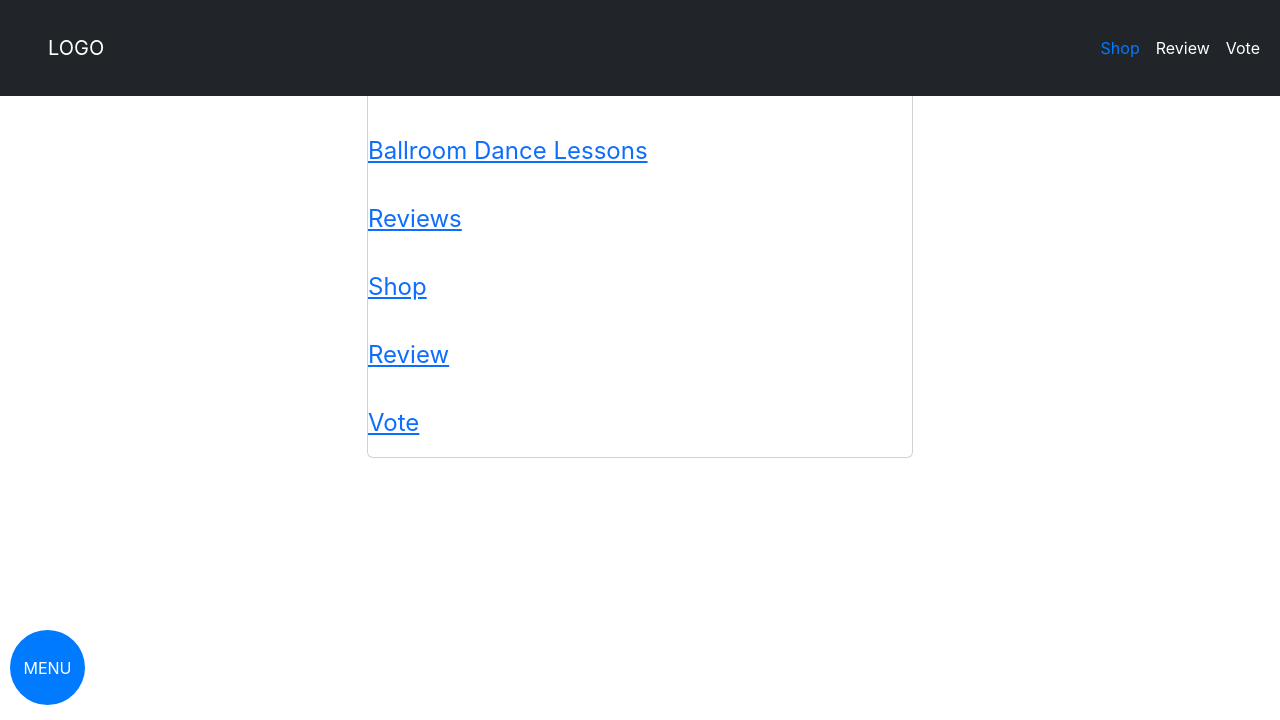
Repository: DragonFruit8/basic-website
Page: /shop
These files come from the project's save history. The page is drawn as it stood at one moment and after a run of saves; the edit follows.
The browser window is 1280 px wide. The pictures show the whole page.
The project was rebuilt for these pictures with package versions that can differ from the ones it lists, and the page was loaded fresh each time. Also part of the build but not shown: src/sections/MissionSec.js, src/sections/AboutSec.js, src/sections/ServiceSec.js, src/Img/LunaLogo.js, src/sections/SupportSec.js, src/sections/HeroSec.js, src/pages/HomePage.js.

Above is the page before, as saved 2024-06-23 08:59:22.

### public/index.html
<!DOCTYPE html>
<html lang="en">
  <head>
    <meta charset="utf-8" />
    <link rel="icon" href="%PUBLIC_URL%/favicon.ico" />
    <meta name="viewport" content="width=device-width, initial-scale=1" />
    <meta name="theme-color" content="#000000" />
    <meta
      name="description"
      content="Web site created using create-react-app"
    />
    <link rel="apple-touch-icon" href="%PUBLIC_URL%/logo192.png" />
    <!--
      manifest.json provides metadata used when your web app is installed on a
      user's mobile device or desktop. See https://developers.google.com/web/fundamentals/web-app-manifest/
    -->
    <link rel="manifest" href="%PUBLIC_URL%/manifest.json" />
    <link href="https://cdn.jsdelivr.net/npm/bootstrap@5.3.3/dist/css/bootstrap.min.css" rel="stylesheet" integrity="sha384-QWTKZyjpPEjISv5WaRU9OFeRpok6YctnYmDr5pNlyT2bRjXh0JMhjY6hW+ALEwIH" crossorigin="anonymous">
    <!--
      Notice the use of %PUBLIC_URL% in the tags above.
      It will be replaced with the URL of the `public` folder during the build.
      Only files inside the `public` folder can be referenced from the HTML.

      Unlike "/favicon.ico" or "favicon.ico", "%PUBLIC_URL%/favicon.ico" will
      work correctly both with client-side routing and a non-root public URL.
      Learn how to configure a non-root public URL by running `npm run build`.
    -->
    <title>React App</title>
  </head>
  <body>
    <noscript>You need to enable JavaScript to run this app.</noscript>
    <div id="root"></div>
    <!--
      This HTML file is a template.
      If you open it directly in the browser, you will see an empty page.

      You can add webfonts, meta tags, or analytics to this file.
      The build step will place the bundled scripts into the <body> tag.

      To begin the development, run `npm start` or `yarn start`.
      To create a production bundle, use `npm run build` or `yarn build`.
    -->
    <script src="https://cdn.jsdelivr.net/npm/@popperjs/core@2.11.8/dist/umd/popper.min.js" integrity="sha384-I7E8VVD/ismYTF4hNIPjVp/Zjvgyol6VFvRkX/vR+Vc4jQkC+hVqc2pM8ODewa9r" crossorigin="anonymous"></script>
<script src="https://cdn.jsdelivr.net/npm/bootstrap@5.3.3/dist/js/bootstrap.min.js" integrity="sha384-0pUGZvbkm6XF6gxjEnlmuGrJXVbNuzT9qBBavbLwCsOGabYfZo0T0to5eqruptLy" crossorigin="anonymous"></script>
  </body>
</html>

### src/App.js
import React from 'react';
import { BrowserRouter as Router, Routes, Route } from 'react-router-dom';
import './App.css';
import Navbar from './components/Navbar';
import Sidebar from './components/Sidebar';
import HomePage from './pages/HomePage';
import ShopPage from './pages/ShopPage';

function App() {

  return (
    <>
      <Router>
        <Navbar />
        <Sidebar />
        <Routes>
          <Route path="/" element={<HomePage />} />
          <Route path="/shop" element={<ShopPage />} />
        </Routes>
   </Router>
    </>
  );
}

export default App;

### src/App.css
.App {
  text-align: center;
  z-index: -10;
}

.App-logo {
  height: 40vmin;
  pointer-events: none;
  z-index: 0;
}

@media (prefers-reduced-motion: no-preference) {
  .App-logo {
    animation: App-logo-spin infinite 20s linear;
  }
}

.App-header {
  background-color: #282c34;
  min-height: 100vh;
  display: flex;
  flex-direction: column;
  align-items: center;
  justify-content: center;
  font-size: calc(10px + 2vmin);
  color: white;
}

.App-link {
  color: #61dafb;
}
#sidebar {
  display: flex;
  flex-direction: column;
  background-color: transparent !important;
  height: 100%;
  width: 100px;
  position: fixed;
  top: 55px;
  left: 0;
  z-index: 1;
  overflow-x: hidden;
  padding-top: 20px;
  z-index: 10;
  /* rounded corners*/
  border-radius: 100px;

}

#offcanvasNavbar{
  position: fixed;
  margin-top: 55px;
}

#sidebarButton {
  position: absolute;
  bottom: 100px;
  left: 0px;
  width: 75px;
  height: 75px;
  border: none;
  color: white;
  padding: 10px 10px;
  text-align: center;
  text-decoration: none;
  display: inline-block;
  font-size: 16px;
  margin: auto auto -30px 10px;
  cursor: pointer;
  z-index: 100;
  border-radius: 100%;
  background-color: #007bff;
}

#closeButton, .btn-close {
  color: white !important;
  margin-left: 15px;
}
#aboutSec {
  height: 75vh;
}
.offcanvas-body {
 padding: 0 100px 0 100px;
}
#luna {
  position: relative;
  background-size: cover;
  background-repeat: no-repeat;
  background-position: center;
  height: auto;
  width: 250px;
  margin: 0 auto;
}

/* HomePage Hero */
.hero {
  height: 100vh;
  width: 100%;
  display: flex;
  align-items: center;
  color: white !important;
  text-align: center;
  font-size: 2rem;
  font-weight: 700;
  background: url('https://unsplash.com/photos/photo-of-outer-space-Q1p7bh3SHj8');
  background-size: cover;
  background-repeat: no-repeat;
  background-position: center;
  background-color: rgba(0, 0, 0, 0.8);

}
.hero-content
.dropdown-item {
  width: 100%;
  margin: 0 auto;
  color: white;
  background-color: #007bff;
}
.dropdown-item:hover {
  background-color: #0056b3;
  color: white;
}


a.nav-link, a.nav-item {
  color: white !important;
}
a.nav-link, a.nav-item {
 padding: 20px 0 20px 0;
}

a.nav-link:hover, a.nav-item:hover {
  color: #ffd000 !important;
}
a.active {
  color: #007bff !important;
}

@keyframes App-logo-spin {
  from {
    transform: rotate(0deg);
  }
  to {
    transform: rotate(360deg);
  }
}

### src/components/Navbar.js
import React from 'react';
import data from '../../src/data';
// import axio from '../Instance';
// import Button from 'react-bootstrap/Button';
// import Modal from 'react-bootstrap/Modal';


const Navbar = () => {

    // const [email, setEmail] = useState('');
    // const [comment, setComment] = useState('');
    // const [show, setShow] = useState(false);

    // const handleClose = () => setShow(false);
    // const handleShow = () => setShow(true);

    // const clearForm = () => {
    //     setEmail('');
    //     setComment('');
    // };



    // const handleSubmit = (event) => {
    //     event.preventDefault();

    //     axio.post('/comments', {
    //         email,
    //         comment
    //     })
    //         .then(() => {
    //             console.log('Review submitted');
    //         })
    //         .catch((error) => {
    //             console.log(error);
    //         });
    //     clearForm();
    // };

    const path = window.location.pathname;
    return (
        <>
            {/* navbar navbar-expand-lg bg-body-tertiary navbar-dark bg-dark */}
            <nav className="navbar navbar-dark navbar-expand-lg bg-dark fixed-top">
                <div className="container-fluid ps-5">
                    <a className="navbar-brand" href="/">LOGO</a>
                    <button className="navbar-toggler" type="button" data-bs-toggle="collapse" data-bs-target="#navbarNav" aria-controls="navbarNav" aria-expanded="false" aria-label="Toggle navigation">
                        <span className="navbar-toggler-icon"></span>
                    </button>
                    <div className="collapse navbar-collapse" id="navbarNav">
                        <ul className="navbar-nav my-2 ms-auto me-0">
                            <li className="nav-item">
                                <a className={`nav-link ${path === `/${data.link1.b}` ? 'active' : ''}`} aria-current="page" href={`/${data.link1.b}`}>{data.link1.a}</a>
                            </li>
                            <li className="nav-item">
                                <a className={`nav-link ${path === `/${data.link2.b}` ? 'active' : ''}`} aria-current="page" href={`/${data.link2.b}`}>{data.link2.a}</a>
                            </li>
                            <li className="nav-item">
                                <a className={`nav-link ${path === `/${data.link3.b}` ? 'active' : ''}`} aria-current="page" href={`/${data.link3.b}`}>{data.link3.a}</a>
                            </li>
                        </ul>
                        {/* <span id='reviewModal' className="d-flex">
                                <Button variant="primary" onClick={handleShow}>Write a Review</Button>
                            </span> */}
                    </div>
                </div>
            </nav>
            {/* <Modal show={show} onHide={handleClose}>
                <Modal.Header closeButton>
                    <Modal.Title>Modal heading</Modal.Title>
                </Modal.Header>
                <Modal.Body>
                    <div
                        className="modal show"
                        style={{ display: 'block', position: 'initial' }}
                    >
                        <form // onSubmit={handleSubmit}
                        >
                            <div className="form-group">
                                <label htmlFor="email"
                                    className='form-label fs-5'
                                >Email</label>
                                <input
                                    type="email"
                                    id="email"
                                    value={email}
                                    onChange={(event) => setEmail(event.target.value)}
                                    required
                                    className='form-control'
                                />
                            </div>
                            <div className="form-group">
                                <label htmlFor="comment"
                                    className='form-label fs-5'
                                >Comment</label>
                                <textarea
                                    id="comment"
                                    value={comment}
                                    onChange={(event) => setComment(event.target.value)}
                                    required
                                    className='form-control'
                                />
                            </div>
                            <Button type="submit">Submit</Button>
                        </form>
                    </div>
                </Modal.Body>
                <Modal.Footer>
                    <Button variant="secondary" onClick={handleClose}>
                        Close
                    </Button>
                </Modal.Footer>
            </Modal> */}
        </>
    );
}

export default Navbar;

### src/components/Sidebar.js
import React from 'react'

export const canvasButton = () => {
    return (
        <button id='sidebarButton' className="btn btn-primary" type="button" data-bs-toggle="offcanvas" data-bs-target="#offcanvasNavbar" aria-controls="offcanvasNavbar">
        MENU
        </button>
    )
    }
export default function Sidebar() {

    return (
        <div>
            <sidebar id="sidebar" className="navbar bg-body-tertiary fixed-top">
                <div className="container-fluid">
                    <div className="offcanvas offcanvas-start bg-dark" tabindex="-1" id="offcanvasNavbar" aria-labelledby="offcanvasNavbarLabel">

                        <div className="offcanvas-body">
                            <ul className="navbar-nav justify-content-end flex-grow-1 pe-3">
                                <li className="nav-item">
                                    <a className="nav-link active" aria-current="page" href="/">Home</a>
                                </li>
                                <li className="nav-item">
                                    <a className="nav-link" href="/">Link</a>
                                </li>
                                <li className="nav-item dropdown">
                                    <a className="nav-link dropdown-toggle" href="/" role="button" data-bs-toggle="dropdown" aria-expanded="false">
                                        Dropdown
                                    </a>
                                    <ul className="dropdown-menu">
                                        <li><a className="dropdown-item" href="/">Action</a></li>
                                        <li><a className="dropdown-item" href="/">Another action</a></li>
                                        <li>
                                            <hr className="dropdown-divider" />
                                        </li>
                                        <li><a className="dropdown-item" href="/">Something else here</a></li>
                                    </ul>
                                </li>
                            </ul>
                            {/* <form className="d-flex mt-3" role="search">
                                <input className="form-control me-2" type="search" placeholder="Search" aria-label="Search" />
                                <button className="btn btn-outline-success" type="submit">Search</button>
                            </form> */}
                        </div>
                    <div className="offcanvas-footer d-flex justify-content-start mb-5 ms-3">
                        {/* <h5 className="offcanvas-title" id="offcanvasNavbarLabel"></h5> */}
                        <button id='close' type="button" className="btn-close" data-bs-dismiss="offcanvas" aria-label="Close"></button>
                    </div>
                    </div>
                </div>
                {
                    canvasButton()
                }
            </sidebar>


        </div>
    )
}

### src/pages/ShopPage.js
import React from 'react';
import data from '../../src/data';

const ShopPage = () => {
    return (
        <div className='mt-5 relative'>
            <div className="container">
                <div className="row justify-content-center">
                    <div className="col-lg-6">
                        <ul className='card list-unstyled'>
                            {
                                Object.keys(data).map((key, index) => {
                                    return (
                                        <li key={index} className='list-unstyled mt-3 mb-3' style={{ fontSize: '1.5rem' }}>
                                            <a href={`/${data[key].b}`}>{data[key].a}</a>
                                        </li>
                                    );
                                })
                            }
                        </ul>
                    </div>
                    </div>
                </div>
        </div>
    );
};

export default ShopPage;

### src/data.js
const data = {
    thcProductsLink: { a: 'THC Products', b: 'thc-products' },
    ballroomDanceLessonsLink: { a: 'Ballroom Dance Lessons', b: 'ballroom-dance-lessons' },
    reviewsLink: { a: 'Reviews', b: 'reviews' },
    link1: { a: 'Shop', b: 'shop' },
    link2: { a: 'Review', b: 'review' },
    link3: { a: 'Vote', b: 'vote' }
};

export default data;

Loaded but not shown: src/index.js (common file); src/index.css (common file); src/reportWebVitals.js (common file)

After the next 2 saves:
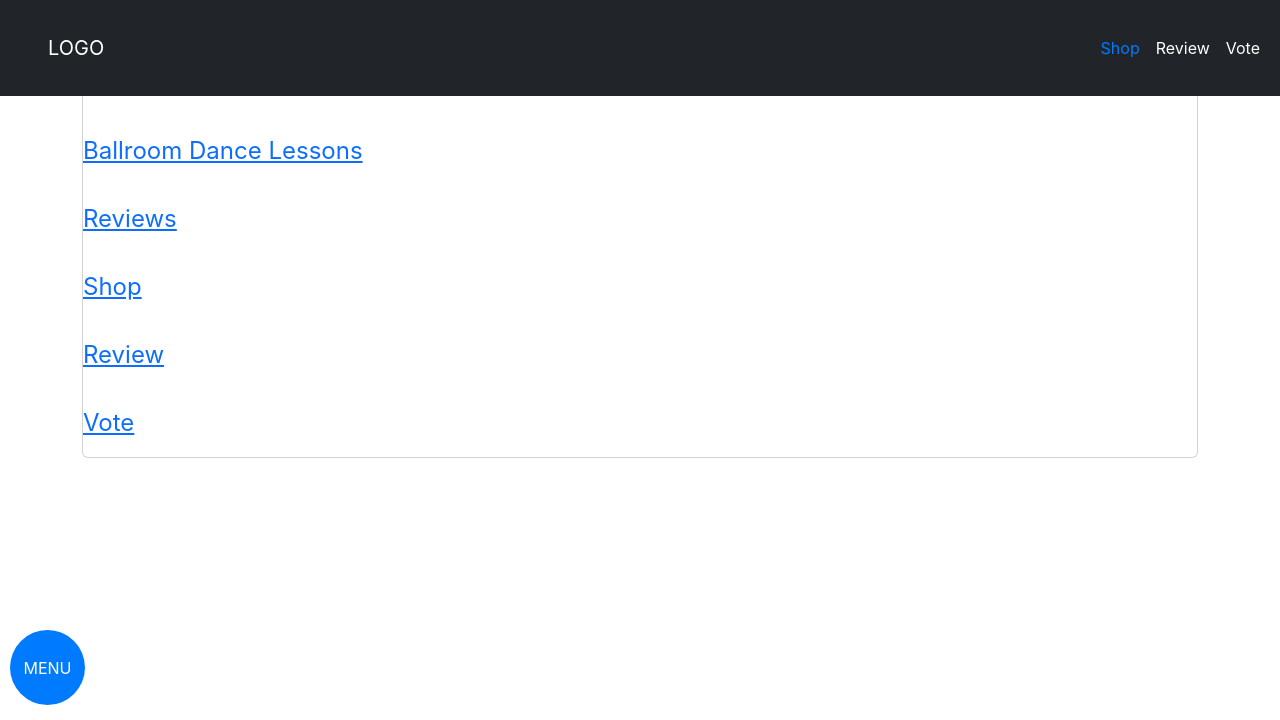
The 2 saves are shown as one change because they came seconds apart.
The last was saved 12 s later.
--- a/src/pages/ShopPage.js
+++ b/src/pages/ShopPage.js
@@ -5,8 +5,8 @@
     return (
         <div className='mt-5 relative'>
             <div className="container">
-                <div className="row justify-content-center">
-                    <div className="col-lg-6">
+                <div className="col justify-content-center">
+                    <div className="row-lg-6">
                         <ul className='card list-unstyled'>
                             {
                                 Object.keys(data).map((key, index) => {

After the save that followed:
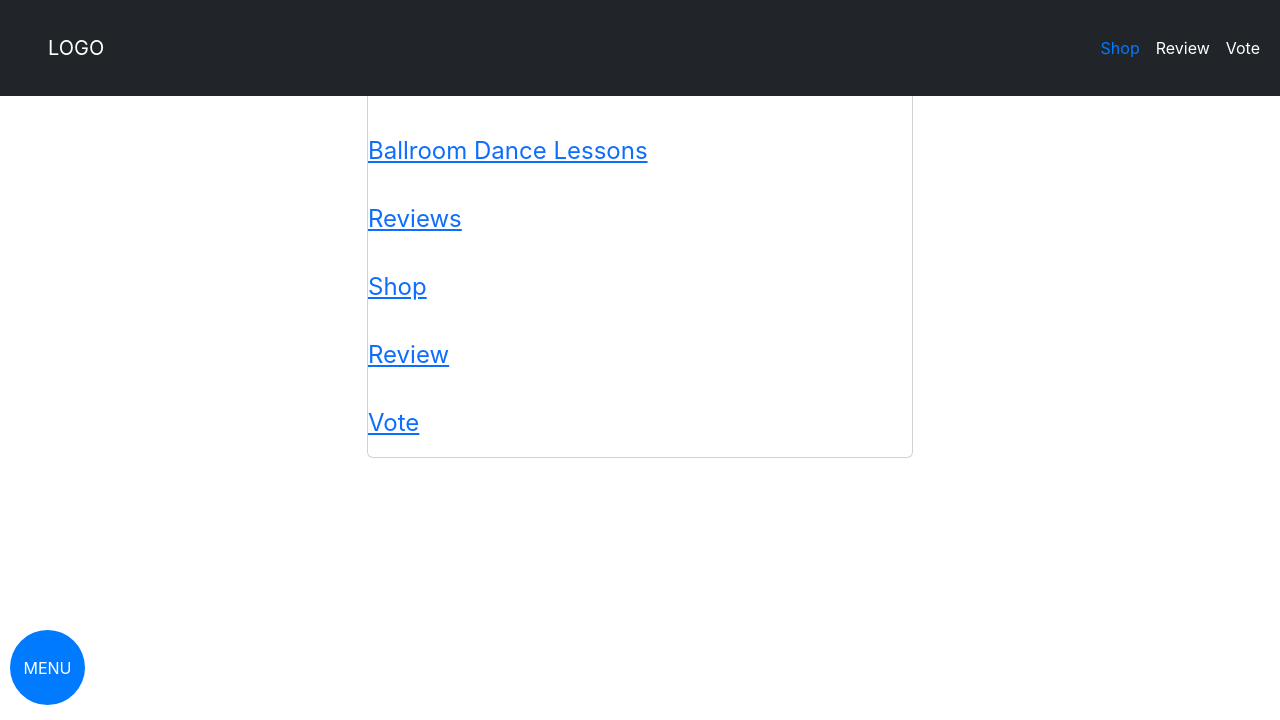
Saved 6 s later.
--- a/src/pages/ShopPage.js
+++ b/src/pages/ShopPage.js
@@ -5,8 +5,8 @@
     return (
         <div className='mt-5 relative'>
             <div className="container">
-                <div className="col justify-content-center">
-                    <div className="row-lg-6">
+                <div className="row justify-content-center">
+                    <div className="col-lg-6">
                         <ul className='card list-unstyled'>
                             {
                                 Object.keys(data).map((key, index) => {
